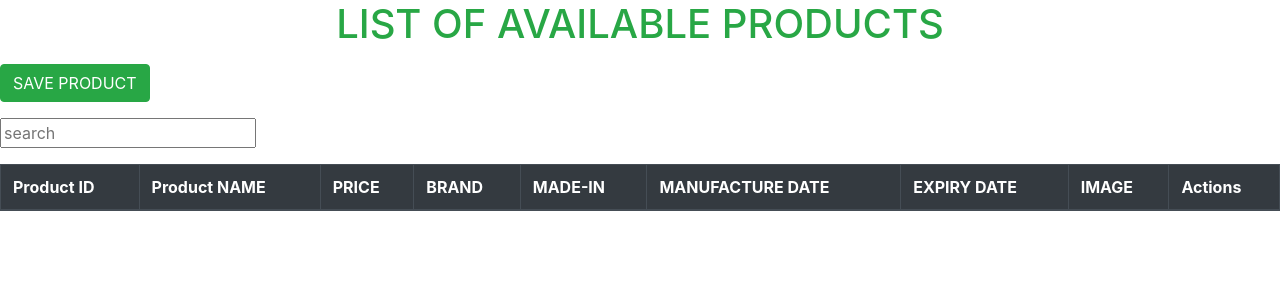
Repository: gunttyrakesh0/advprogm
Page: http://localhost/ProductManagement/productList.jsp
An editor plug-in stored every save of this project. The page is shown before and after the next save, followed by the edit.
The browser window is 1280 px wide. The pictures show the whole page.
The page is served by Tomcat 9. Other server files are loaded and not shown. Queries for data that is not in the repository find no rows.

Above is the page before, as saved 2024-03-09 07:21:32.

### ProductManagement/src/main/webapp/productList.jsp
<%@page import="com.sathya.tech.Productdao" import="java.util.Base64"%>
<%@ page language="java" contentType="text/html;"%>
<%@taglib uri="http://java.sun.com/jsp/jstl/core" prefix="c" %>
<html>
	<head>
		<title>Products List</title>
		<link rel="stylesheet" href="https://stackpath.bootstrapcdn.com/bootstrap/4.5.2/css/bootstrap.min.css">
	</head>
	<body>

	<div class="form-group">

		<h1 class="text-center text-success">LIST OF AVAILABLE PRODUCTS</h1>

	</div>

	<div class="form-group">
		<a  class="btn btn-success" href="add-product.html">SAVE PRODUCT </a>
	</div>

	<div class="form-group">

		<input type="text" placeholder="search">

	</div>

	<div class="form-group">

		<c:if test="${saveResult==1}">
		<h1 class="text-success text-center">DATA INSERTED SUCCESSFULLY</h1>
		</c:if>

	</div>

	<div>

		<c:if test="${deleteResult==1}">
		<h1 class="text-danger text-center">DELETION SUCCESSFULLY</h1>
		</c:if>

	</div>

	<div>

		<c:if test="${deleteResult==0}">
		<h1 class="text-danger text-center">DELETION FAILED</h1>
		</c:if>

	</div>

	<div>

		<c:if test="${UpdateResult==1}">
		<h1 class="text-danger text-center">DELETION SUCCESSFULL</h1>
		</c:if>

	</div>
	<div>

		<c:if test="${UpdateResult==0}">
		<h1 class="text-danger text-center">DELETION FAILED</h1>
		</c:if>

	</div>

		<table class="table table-bordered table-striped">
			<thead class="thead-dark">
				<tr>
					<th> Product ID</th>
					<th> Product NAME</th>
					<th> PRICE </th>
					<th> BRAND </th>
					<th> MADE-IN </th>
					<th> MANUFACTURE DATE </th>
					<th> EXPIRY DATE </th>
					<th> IMAGE </th>
					<th>Actions</th>
				</tr>
			</thead>
			<tbody>
				<c:forEach var="product" items="<%=new Productdao().findAll()%>">
				<tr>
					<td>${product.proId}</td>
					<td>${product.proName}</td>
					<td>${product.proprice}</td>
					<td>${product.proBrand}</td>
					<td>${product.proMadeIn}</td>
					<td>${product.proMfgDate}</td>
					<td>${product.proExpDate}</td>
					<td>
						   <img src="data:[embedded picture, 78 characters]" alt="product image"
							style="max-width: 100px; max-height:100px;">
				    </td>

				    <td>
				    <audio controls>
				   		 <source src="data:video/mp4;base64,${Base64.getEncoder().encodeToString(product.proAudio)}" type="audio/mpeg">
				    </audio>
				    </td>

				     <td>
				    <video controls width="320" height="240">
				    	<source src="data:video/mp4;base64,${Base64.getEncoder().encodeToString(product.provideo)}" type="video/mp4">
				    </video>
				    </td>

					<td>
							<a class="btn btn-primary" href="./DeleteServlet?proId=${product.proId}">Delete</a>
							<a class="btn btn-primary" href="./EditServlet?proId=${product.proId}">EDIT</a>
					</td>
				</tr>
				</c:forEach>
			</tbody>
		</table>
	</body>
</html>

### ProductManagement/src/main/java/com/sathya/tech/Productdao.java
package com.sathya.tech;

import java.sql.Statement;
import java.sql.Connection;
import java.sql.PreparedStatement;
import java.sql.ResultSet;
import java.sql.SQLException;
import java.util.ArrayList;
import java.util.List;

public class Productdao {

	public int save(Product product)
	{
		//declare the resources
		Connection connection=null;
		PreparedStatement PreparedStatement=null;
		int saveresult=0;
		try {
			 //get the connection
			connection=Productdatabase.createConnection();
			//create preparedstatement object
			PreparedStatement=connection.prepareStatement("insert into productdata values(?,?,?,?,?,?,?,?,?,?)");

			 //read the data form product set the data

			PreparedStatement.setString(1,product.getProId());
			PreparedStatement.setString(2, product.getProName());
			PreparedStatement.setDouble(3, product.getProprice());
			PreparedStatement.setString(4,product.getProBrand());
			PreparedStatement.setString(5,product.getProMadeIn());
			PreparedStatement.setDate(6,product.getProMfgDate());
			PreparedStatement.setDate(7,product.getProExpDate());
			PreparedStatement.setBytes(8,product.getProImage());
			PreparedStatement.setBytes(9, product.getProAudio());
			PreparedStatement.setBytes(10, product.getProvideo());
			saveresult=PreparedStatement.executeUpdate();
		}
		catch(SQLException e) {
			e.printStackTrace();
		}
		finally {
			try {
			if(connection!=null)
				connection.close();
			if(PreparedStatement!=null)
				PreparedStatement.close();
			}
			catch(SQLException e){
				e.printStackTrace();
			}
		}

		return saveresult;
	}
	public List<Product> findAll(){
	List<Product> productlist=new ArrayList<Product>();
	try(Connection connection=Productdatabase.createConnection();
		Statement statement=connection.createStatement()){
		ResultSet resultset=statement.executeQuery("select * from productdata");
		while(resultset.next()) {
		Product product=new Product();
		 product.setProId(resultset.getString("proId"));
	      product.setProName( resultset.getString("proName"));
	      product.setProprice( resultset.getDouble("proPrice"));
	      product.setProBrand( resultset.getString("proBrand"));
	      product.setProMadeIn(resultset.getString("proMadeIn"));
	      product.setProMfgDate( resultset.getDate("proMfgDate"));
	      product.setProExpDate( resultset.getDate("proExpDate"));
	      product.setProImage(resultset.getBytes("proImage"));
	      product.setProAudio(resultset.getBytes("proAudio"));
	      product.setProvideo(resultset.getBytes("provideo"));
	      productlist.add(product);
		}

	}
	catch(SQLException e) {
		e.printStackTrace();
	}
	return productlist;
	}
	public int deletebyId(String proId) {
		  int count=0;
		try(Connection connection=Productdatabase.createConnection();
				PreparedStatement PreparedStatement=connection.prepareStatement("delete from productdata where proId=?"))
		{
			PreparedStatement.setString(1,proId);
			count=PreparedStatement.executeUpdate();
		}
		catch(SQLException e)
		{
			e.printStackTrace();
		}
		return count;
	}
	public Product findbyId(String proId) {
		 Product product1=null;
		try(Connection connection=Productdatabase.createConnection();
				PreparedStatement PreparedStatement=connection.prepareStatement("select * from productdata where proId=?"))
		{
			PreparedStatement.setString(1,proId);
			ResultSet resultset=PreparedStatement.executeQuery();
			if(resultset.next()) {
				  product1=new Product();
				 product1.setProId(resultset.getString("proId"));
			      product1.setProName( resultset.getString("proName"));
			      product1.setProprice( resultset.getDouble("proPrice"));
			      product1.setProBrand( resultset.getString("proBrand"));
			      product1.setProMadeIn(resultset.getString("proMadeIn"));
			      product1.setProMfgDate( resultset.getDate("proMfgDate"));
			      product1.setProExpDate( resultset.getDate("proExpDate"));
			      product1.setProImage(resultset.getBytes("proImage"));
			      product1.setProAudio(resultset.getBytes("proAudio"));
			      product1.setProvideo(resultset.getBytes("provideo"));


			}
		}
		catch(SQLException e)
		{
			e.printStackTrace();
		}
		return product1;
	}

	public int UpdateProductList(Product p) {
		int update=0;
	try(Connection connection=Productdatabase.createConnection();
			PreparedStatement PreparedStatement=connection.prepareStatement("UPDATE productdata SET proName=?, proprice=?,proBrand=?,proMadeIn=?,proMfgDate=?,proExpDate=?,proImage=? proAudio=? provideo=? WHERE proId=?"))
	{


	      PreparedStatement.setString( 1,p.getProName());
	      PreparedStatement.setDouble( 2,p.getProprice());
	      PreparedStatement.setString( 3,p.getProBrand());
	      PreparedStatement.setString( 4,p.getProMadeIn());
	      PreparedStatement.setDate(5,p.getProMfgDate());
	      PreparedStatement.setDate( 6,p.getProExpDate());
	      PreparedStatement.setBytes(7,p.getProImage());
	      PreparedStatement.setBytes(7,p.getProAudio());
	      PreparedStatement.setBytes(7,p.getProvideo());
	      PreparedStatement.setString(8,p.getProId());

	      update=PreparedStatement.executeUpdate();
	}
	catch(SQLException e) {
		e.printStackTrace();
	}
	return update;
	}


}

### ProductManagement/src/main/java/com/sathya/tech/Productdatabase.java
package com.sathya.tech;

import java.sql.Connection;
import java.sql.DriverManager;
import java.sql.SQLException;

public class Productdatabase {
	public static Connection createConnection() {
		Connection connection=null;
		try {
			Class.forName("oracle.jdbc.driver.OracleDriver");
			connection=DriverManager.getConnection("jdbc:oracle:thin:@localhost:1521:xe","rakesh","rakesh");
		}
		catch(ClassNotFoundException | SQLException e)
		{
			 e.printStackTrace();
		}
		return connection;
	}

}

After the next save:
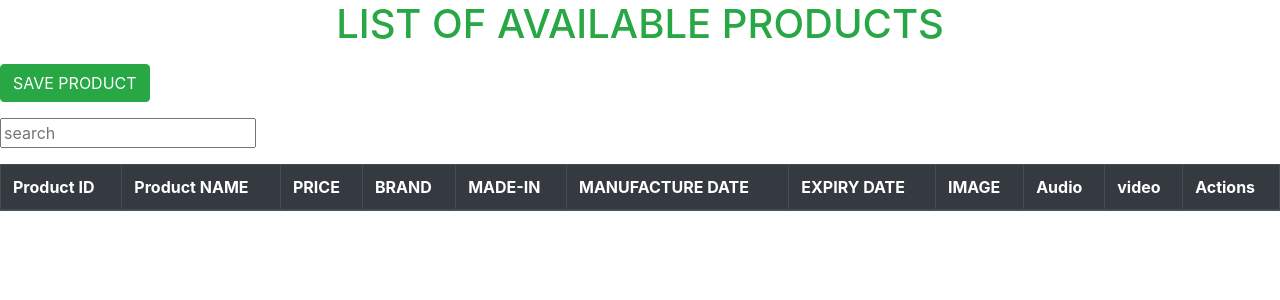
Saved 2 min 37 s later.
--- a/ProductManagement/src/main/webapp/productList.jsp
+++ b/ProductManagement/src/main/webapp/productList.jsp
@@ -74,6 +74,8 @@
 					<th> MANUFACTURE DATE </th>
 					<th> EXPIRY DATE </th>
 					<th> IMAGE </th>
+					<th> Audio</th>
+					<th>video</th>
 					<th>Actions</th>
 				</tr>
 			</thead>
